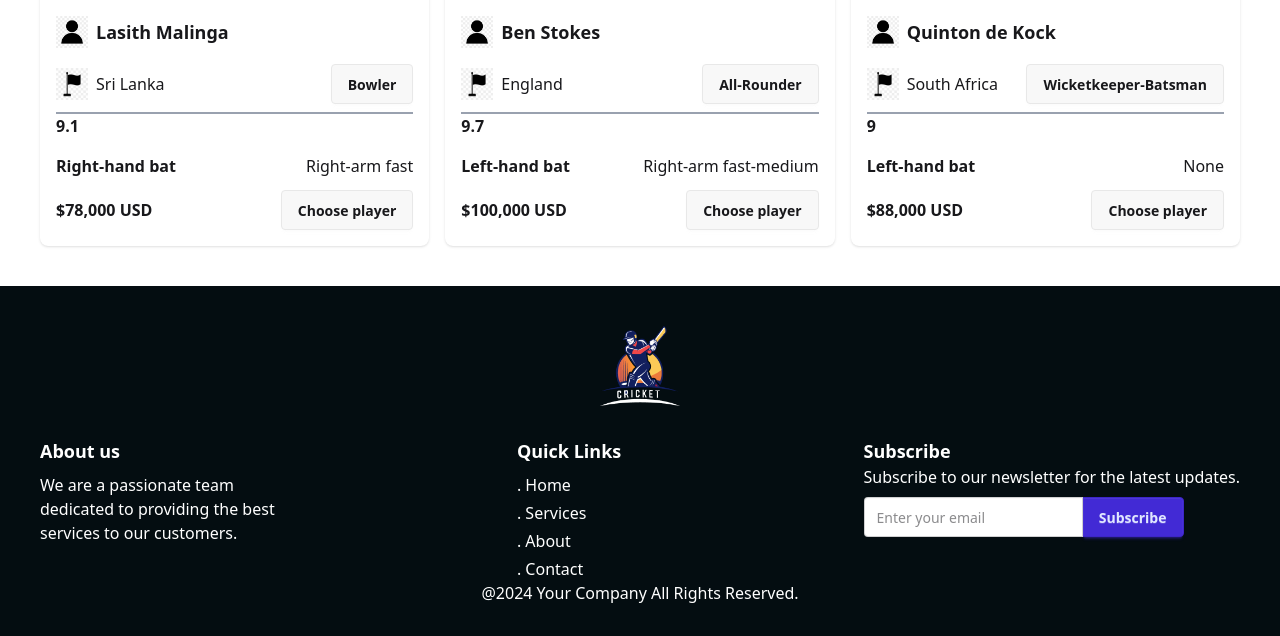
Repository: SanjidaSnigdha/Select-your-eleven
Page: /
These files come from the project's save history. The page is drawn as it stood at one moment and after the next save; the edit follows.
The browser window is 1280 px wide. The pictures show the part of the page from y = 2831 to 3467 px (the page is 3467 px tall).
The project was rebuilt for these pictures with package versions that can differ from the ones it lists, and the page was loaded fresh each time. Also part of the build but not shown: vite.config.js, src/App.css, src/components/SelectedCard/SelectedCard.jsx, src/components/SelectedPlayers/SelectedPlayers.jsx.

Above is the page before, as saved 2026-03-23 00:48:05.

After the next save:
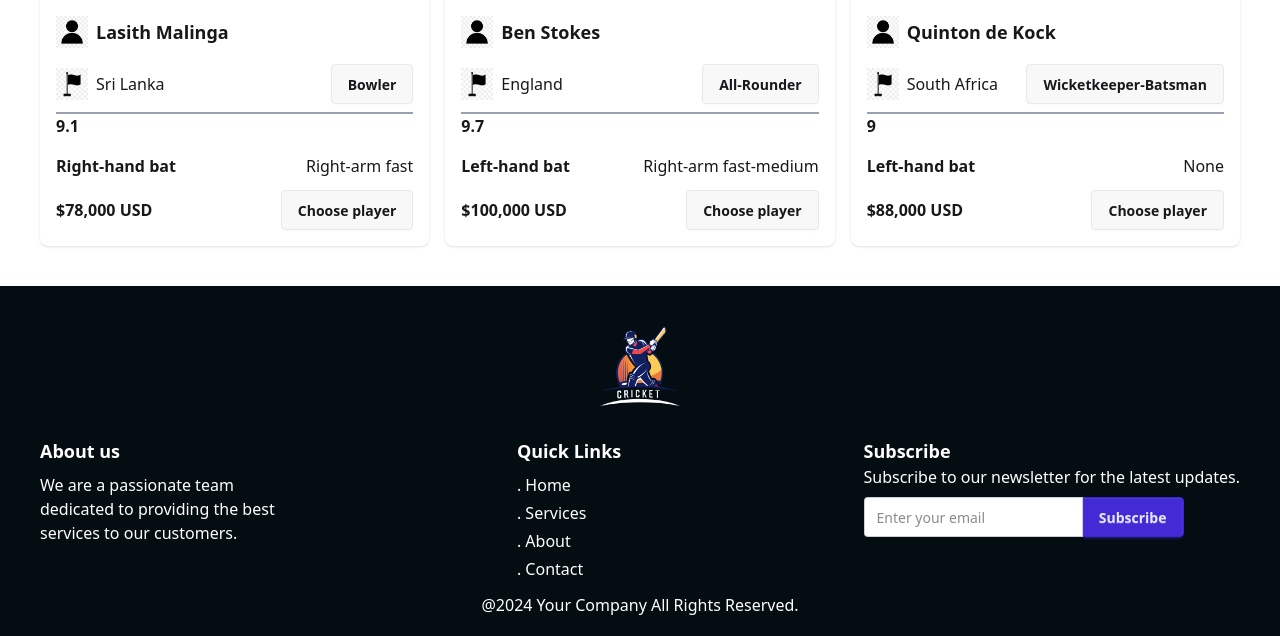
Saved 19 s later.
--- a/src/components/Footer/Footer.jsx
+++ b/src/components/Footer/Footer.jsx
@@ -40,7 +40,7 @@
 
   </div>
   <div className='text-center'>
-     <p className='text-[#FFFFFF]'>@2024 Your Company All Rights Reserved.</p>
+     <p className='text-[#FFFFFF] mt-3'>@2024 Your Company All Rights Reserved.</p>
 </div>
 </footer>
     );
